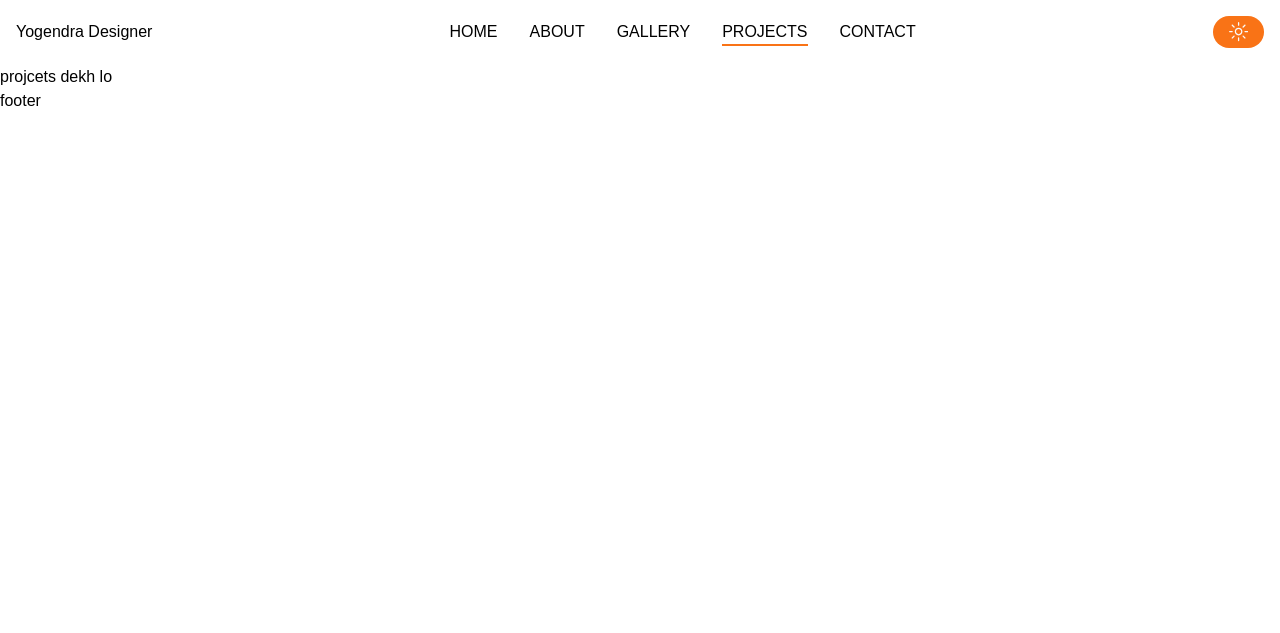
Repository: hitoutvrma/MB_designs-Interior-Designing-website
Page: /projects
The author's editor kept a copy of each file at every save. The page is drawn from the files as they stood at one save, then again after the next save.
The browser window is 1280 px wide. The pictures show the whole page.
The project was rebuilt for these pictures with package versions that can differ from the ones it lists, and the page was loaded fresh each time. The framework's server and built-in components were replaced by stand-ins that run in the browser. Also part of the build but not shown: next.config.mjs.

Above is the page before, as saved 2024-09-14 17:53:24.

### app/layout.js
import localFont from "next/font/local";
import { Sen } from "next/font/google";
import "./globals.css";
import Header from "@/components/ui/Header";
import Footer from "@/components/ui/Footer";
import { ThemeProvider } from "@/components/ThemeProvider";

const josef = Sen({
  subsets:["latin"],
  weight:["400","500","600","700"],
  display:"swap"
})

// const geistSans = localFont({
//   src: "./fonts/GeistVF.woff",
//   variable: "--font-geist-sans",
//   weight: "100 900",
// });
// const geistMono = localFont({
//   src: "./fonts/GeistMonoVF.woff",
//   variable: "--font-geist-mono",
//   weight: "100 900",
// });

export const metadata = {
  title: "Create Next App",
  description: "Generated by create next app",
};

export default function RootLayout({ children }) {
  return (
    <html lang="en" suppressHydrationWarning>
      <body
        className={`${josef.variable} ${josef.variable} antialiased`}
      >
        <ThemeProvider attribute='class' defaultTheme='light'>

        <Header/>
        {children}
        <Footer/>
        </ThemeProvider>
      </body>
    </html>
  );
}

### app/projects/page.jsx
const projcets = [
  {
    id:1,
    name:'drawing room for family time',
    description:'loasfd asfd asf sadf lksdjf  aslsdkdfj sasdfj ;lfj sf aslfk s dadfklj',
    image:'/image/project3.jpg',
    link:'',
  },
  {
    id:2,
    name:'drawing room for family time',
    description:'loasfd asfd asf sadf lksdjf  aslsdkdfj sasdfj ;lfj sf aslfk s dadfklj',
    image:'/image/project2.jpg',
    link:'',
  },
  {
    id:3,
    name:'drawing room for family time',
    description:'loasfd asfd asf sadf lksdjf  aslsdkdfj sasdfj ;lfj sf aslfk s dadfklj',
    image:'/image/project4.jpg',
    link:'',
  }
]

const page = () => {
  return (
    <div>
      projcets dekh lo
    </div>
  )
}

export default page

### app/globals.css
@tailwind base;
@tailwind components;
@tailwind utilities;


body {
  color: var(--foreground);
  background: var(--background);
  font-family: Arial, Helvetica, sans-serif;
}

@layer utilities {
  .text-balance {
    text-wrap: balance;
  }
}


@layer base {
  :root {
    --background: 0 0% 100%;
    --foreground: 20 14.3% 4.1%;
    --card: 0 0% 100%;
    --card-foreground: 20 14.3% 4.1%;
    --popover: 0 0% 100%;
    --popover-foreground: 20 14.3% 4.1%;
    --primary: 24.6 95% 53.1%;
    --primary-foreground: 60 9.1% 97.8%;
    --secondary: 60 4.8% 95.9%;
    --secondary-foreground: 24 9.8% 10%;
    --muted: 60 4.8% 95.9%;
    --muted-foreground: 25 5.3% 44.7%;
    --accent: 60 4.8% 95.9%;
    --accent-foreground: 24 9.8% 10%;
    --destructive: 0 84.2% 60.2%;
    --destructive-foreground: 60 9.1% 97.8%;
    --border: 20 5.9% 90%;
    --input: 20 5.9% 90%;
    --ring: 24.6 95% 53.1%;
    --radius: 0.5rem;
    --chart-1: 12 76% 61%;
    --chart-2: 173 58% 39%;
    --chart-3: 197 37% 24%;
    --chart-4: 43 74% 66%;
    --chart-5: 27 87% 67%;
  }

  .dark {
    --background: 20 14.3% 4.1%;
    --foreground: 60 9.1% 97.8%;
    --card: 20 14.3% 4.1%;
    --card-foreground: 60 9.1% 97.8%;
    --popover: 20 14.3% 4.1%;
    --popover-foreground: 60 9.1% 97.8%;
    --primary: 20.5 90.2% 48.2%;
    --primary-foreground: 60 9.1% 97.8%;
    --secondary: 12 6.5% 15.1%;
    --secondary-foreground: 60 9.1% 97.8%;
    --muted: 12 6.5% 15.1%;
    --muted-foreground: 24 5.4% 63.9%;
    --accent: 12 6.5% 15.1%;
    --accent-foreground: 60 9.1% 97.8%;
    --destructive: 0 72.2% 50.6%;
    --destructive-foreground: 60 9.1% 97.8%;
    --border: 12 6.5% 15.1%;
    --input: 12 6.5% 15.1%;
    --ring: 20.5 90.2% 48.2%;
    --chart-1: 220 70% 50%;
    --chart-2: 160 60% 45%;
    --chart-3: 30 80% 55%;
    --chart-4: 280 65% 60%;
    --chart-5: 340 75% 55%;
  }
}



@layer base {
  * {
    @apply border-border;
  }
  body {
    @apply bg-background text-foreground;
  }
}

.h1{
  @apply text-6xl xl:text-[72px] xl:leading-[80px] tracking-[-2px] font-bold mb-5 mt-4;
}

### components/ui/Header.jsx
'use client';
import React from 'react'
 import ThemeToggler from '../ThemeToggler'
import MobileNavigation from './MobileNavigation';
import Nav from './Nav';
const Header = () => {
  return (
    <div className='flex justify-between p-4 items-center '>
      <div>Yogendra Designer</div>
      <Nav containerStyles='hidden xl:flex gap-8 items-center' linkStyles='relative hover:text-primary transition-all' underlineStyles ='absolute left-0 top-full h-[2px] bg-primary w-full'
      />
      <div className='flex gap-2 items-center'>

      <ThemeToggler/>
      <div className='xl:hidden'>

      <MobileNavigation/>
      </div>
      </div>
    </div>
  )
}

export default Header

### components/ThemeProvider.jsx
'use client';

import { ThemeProvider as NextThemesProvider } from "next-themes";

export function ThemeProvider({ children, ...props }) {
    return <NextThemesProvider {...props}>
        { children }
    </NextThemesProvider>
}

### components/ThemeToggler.jsx
import { Button } from "./ui/button";
import { useTheme } from "next-themes";
import { SunIcon, MoonIcon } from "@radix-ui/react-icons";

const ThemeToggler = () => {
    const { theme, setTheme } = useTheme();

  return (
    <div>
      <Button  onClick={()=>setTheme(theme==='dark'?'light':'dark')}>
        <SunIcon className="h-[1.2rem] w-[1.2rem] scale-100 rotate-0 transition-all dark:rotate-90 dark:scale-0"/>
        <MoonIcon className="w-[1rem] absolute scale-0 rotate-90 transition-all dark:rotate-0 dark:scale-100"/>
      </Button>
    </div>
  )
}

export default ThemeToggler

### components/ui/MobileNavigation.jsx
import React from 'react'

import {Sheet, SheetContent, SheetTrigger} from '@/components/ui/sheet';
import Nav from './Nav';
import { AlignJustify } from 'lucide-react';

const MobileNavigation = () => {
  return (
    <Sheet>
        <SheetTrigger asChild>
            <AlignJustify className='cursor-pointer'/>
        </SheetTrigger>
        <SheetContent>
            <div className='p-3 flex flex-col items-center'>
                <div>
                    <div>Yogendra designer</div>
                    <Nav containerStyles='flex flex-col items-center gap-y-2' linkStyles='text-1xl '/>
                </div>
            </div>
        </SheetContent>
    </Sheet>
  )
}

export default MobileNavigation

### components/ui/Nav.jsx
//Hooks

import { usePathname } from "next/navigation";
import { motion } from "framer-motion";
import Link from "next/link";

const links = [
    {
        path:'/',name:'home'
    },
    {
        path:'/about',name:'about'
    },
    {
        path:'/gallery',name:'gallery'
    },
    {
        path:'/projects',name:'projects'
    },
    {
        path:'/contact',name:'contact'
    },
]
const Nav = ({ containerStyles, linkStyles, underlineStyles } ) => {

    const path = usePathname();
  return (
    <div className={`${containerStyles}`} >
        {
            links.map((link,index) =>{
                return(
                    <Link href={link.path}
                    key={index} className={`uppercase ${linkStyles}`}>
                        {link.path===path && (
                            <motion.span
                            initial={{y:'-100%'}}
                            animate={{y:0}}
                            transition={{ type:'tween'}}
                            layoutId="underline"
                            className={`${underlineStyles}`}
                            />
                        )}
                        {link.name}

                    </Link>
                )
            })
        }
      </div>
  )
}

export default Nav

### components/ui/button.jsx
import * as React from "react"
import { Slot } from "@radix-ui/react-slot"
import { cva } from "class-variance-authority";

import { cn } from "@/lib/utils"

const buttonVariants = cva(
  "inline-flex items-center justify-center whitespace-nowrap rounded-full text-base font-medium ring-offset-background transition-colors focus-visible:outline-none focus-visible:ring-2 focus-visible:ring-ring focus-visible:ring-offset-2 disabled:pointer-events-none disabled:opacity-50",
  {
    variants: {
      variant: {
        default: "bg-primary text-primary-foreground hover:bg-primary/90",
        destructive:
          "bg-destructive text-destructive-foreground hover:bg-destructive/90",
        outline:
          "border border-input bg-background hover:bg-accent hover:text-accent-foreground",
        secondary:
          "bg-secondary text-secondary-foreground hover:bg-secondary/80",
        ghost: "hover:bg-accent hover:text-accent-foreground",
        link: "text-primary underline-offset-4 hover:underline",
      },
      size: {
        default: "sm:h-[2.5vw] h-[7vw] px-4 py-2",
        sm: "h-9 rounded-md px-3",
        lg: "h-11 rounded-md px-8",
        icon: "h-10 w-10",
      },
    },
    defaultVariants: {
      variant: "default",
      size: "default",
    },
  }
)

const Button = React.forwardRef(({ className, variant, size, asChild = false, ...props }, ref) => {
  const Comp = asChild ? Slot : "button"
  return (
    (<Comp
      className={cn(buttonVariants({ variant, size, className }))}
      ref={ref}
      {...props} />)
  );
})
Button.displayName = "Button"

export { Button, buttonVariants }

### components/ui/sheet.jsx
"use client";
import * as React from "react"
import * as SheetPrimitive from "@radix-ui/react-dialog"
import { cva } from "class-variance-authority";
import { X } from "lucide-react"

import { cn } from "@/lib/utils"

const Sheet = SheetPrimitive.Root

const SheetTrigger = SheetPrimitive.Trigger

const SheetClose = SheetPrimitive.Close

const SheetPortal = SheetPrimitive.Portal

const SheetOverlay = React.forwardRef(({ className, ...props }, ref) => (
  <SheetPrimitive.Overlay
    className={cn(
      "fixed inset-0 z-50 bg-black/80  data-[state=open]:animate-in data-[state=closed]:animate-out data-[state=closed]:fade-out-0 data-[state=open]:fade-in-0",
      className
    )}
    {...props}
    ref={ref} />
))
SheetOverlay.displayName = SheetPrimitive.Overlay.displayName

const sheetVariants = cva(
  "fixed z-50 gap-4 bg-background p-6 shadow-lg transition ease-in-out data-[state=open]:animate-in data-[state=closed]:animate-out data-[state=closed]:duration-300 data-[state=open]:duration-500",
  {
    variants: {
      side: {
        top: "inset-x-0 top-0 border-b data-[state=closed]:slide-out-to-top data-[state=open]:slide-in-from-top",
        bottom:
          "inset-x-0 bottom-0 border-t data-[state=closed]:slide-out-to-bottom data-[state=open]:slide-in-from-bottom",
        left: "inset-y-0 left-0 h-full w-3/4 border-r data-[state=closed]:slide-out-to-left data-[state=open]:slide-in-from-left sm:max-w-sm",
        right:
          "inset-y-0 right-0 h-full w-3/4  border-l data-[state=closed]:slide-out-to-right data-[state=open]:slide-in-from-right sm:max-w-sm",
      },
    },
    defaultVariants: {
      side: "right",
    },
  }
)

const SheetContent = React.forwardRef(({ side = "right", className, children, ...props }, ref) => (
  <SheetPortal>
    <SheetOverlay />
    <SheetPrimitive.Content ref={ref} className={cn(sheetVariants({ side }), className)} {...props}>
      {children}
      <SheetPrimitive.Close
        className="absolute right-4 top-4 rounded-sm opacity-70 ring-offset-background transition-opacity hover:opacity-100 focus:outline-none focus:ring-2 focus:ring-ring focus:ring-offset-2 disabled:pointer-events-none data-[state=open]:bg-secondary">
        <X className="h-4 w-4" />
        <span className="sr-only">Close</span>
      </SheetPrimitive.Close>
    </SheetPrimitive.Content>
  </SheetPortal>
))
SheetContent.displayName = SheetPrimitive.Content.displayName

const SheetHeader = ({
  className,
  ...props
}) => (
  <div
    className={cn("flex flex-col space-y-2 text-center sm:text-left", className)}
    {...props} />
)
SheetHeader.displayName = "SheetHeader"

const SheetFooter = ({
  className,
  ...props
}) => (
  <div
    className={cn("flex flex-col-reverse sm:flex-row sm:justify-end sm:space-x-2", className)}
    {...props} />
)
SheetFooter.displayName = "SheetFooter"

const SheetTitle = React.forwardRef(({ className, ...props }, ref) => (
  <SheetPrimitive.Title
    ref={ref}
    className={cn("text-lg font-semibold text-foreground", className)}
    {...props} />
))
SheetTitle.displayName = SheetPrimitive.Title.displayName

const SheetDescription = React.forwardRef(({ className, ...props }, ref) => (
  <SheetPrimitive.Description
    ref={ref}
    className={cn("text-sm text-muted-foreground", className)}
    {...props} />
))
SheetDescription.displayName = SheetPrimitive.Description.displayName

export {
  Sheet,
  SheetPortal,
  SheetOverlay,
  SheetTrigger,
  SheetClose,
  SheetContent,
  SheetHeader,
  SheetFooter,
  SheetTitle,
  SheetDescription,
}

Loaded but not shown: components/ui/Footer.jsx (common file); lib/utils.js (common file); tailwind.config.js (common file)

After the next save:
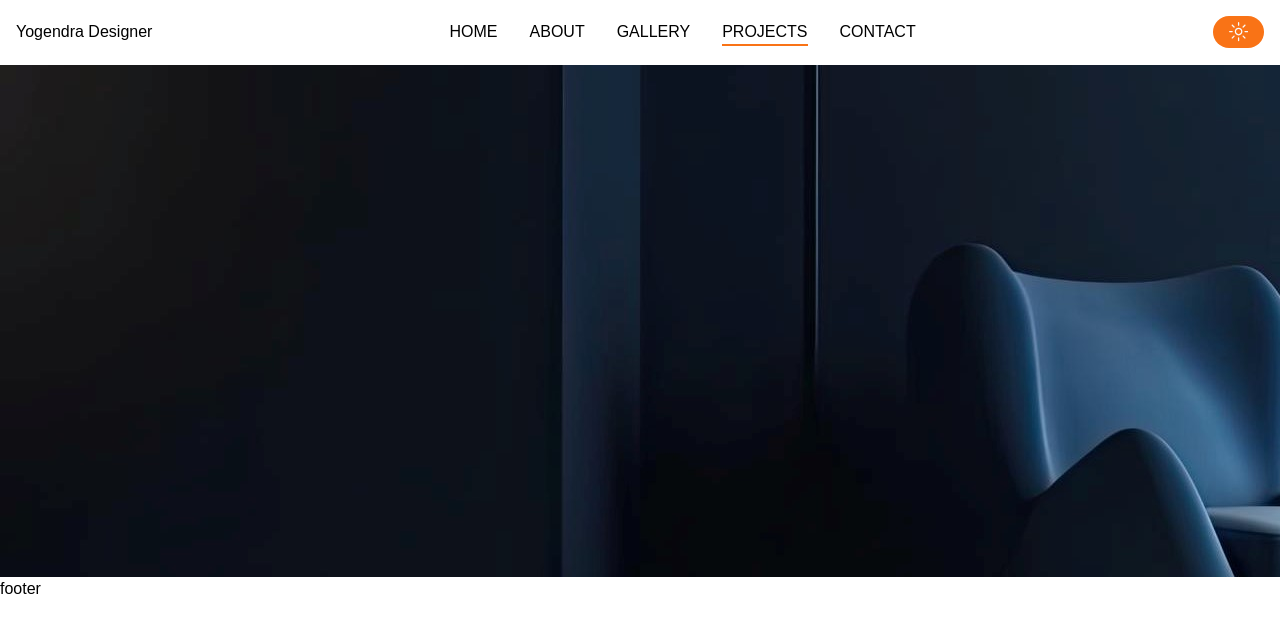
Saved 7 min 49 s later.
--- a/app/projects/page.jsx
+++ b/app/projects/page.jsx
@@ -20,12 +20,12 @@ const projcets = [
     image:'/image/project4.jpg',
     link:'',
   }
-]
+];
 
 const page = () => {
   return (
-    <div>
-      projcets dekh lo
+    <div className="bg-[url('/image/backgroundproject.jpg')]">
+     <h1 className="container py-64 text-6xl font-semibold tracking-widest"></h1>
     </div>
   )
 }
